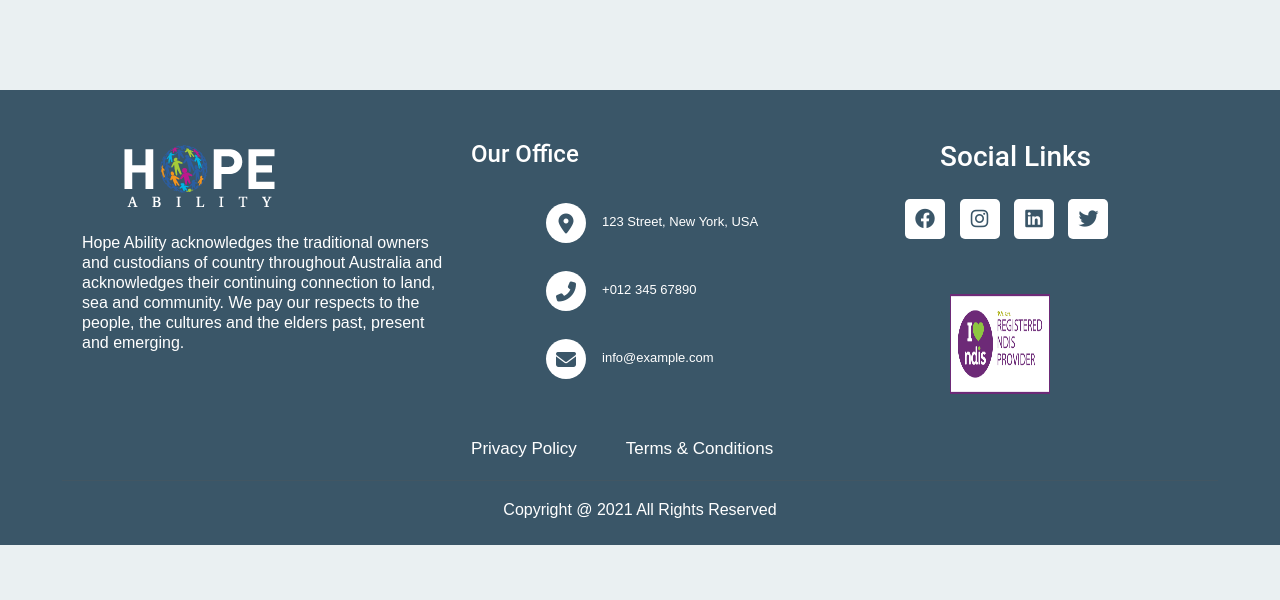
Repository: sandhya8109/hope
Page: footer1.html
The author's editor kept a copy of each file at every save. The page is drawn from the files as they stood at one save, then again after the next save.
The browser window is 1280 px wide. The pictures show the whole page.
Some web fonts or font styles are not loaded; a fallback is used.

Above is the page before, as saved 2023-05-27 02:03:01.

### footer1.html

    <!DOCTYPE html>
    <html lang="en">

    <head>
        <meta charset="UTF-8">
        <meta http-equiv="X-UA-Compatible" content="IE=edge">
        <meta name="viewport" content="width=device-width, initial-scale=1.0">
        <title>Footer</title>
        <link rel="stylesheet" href="https://cdnjs.cloudflare.com/ajax/libs/font-awesome/6.4.0/css/all.min.css"
            integrity="sha512-iecdLmaskl7CVkqkXNQ/ZH/XLlvWZOJyj7Yy7tcenmpD1ypASozpmT/E0iPtmFIB46ZmdtAc9eNBvH0H/ZpiBw=="
            crossorigin="anonymous" referrerpolicy="no-referrer" />
        <link href="http://fonts.googleapis.com/css?family=Cookie" rel="stylesheet" type="text/css">
        <link rel="stylesheet" href="./css/footer.css">
        <link href="./css/bootstrap.min.css" rel="stylesheet">
        <style>
            @media (max-width: 768px) {
                .footer-distributed {
                    flex-direction: column;
                    text-align: center;
                }

                .footer-left,
                .footer-center,
                .footer-right {
                    margin-bottom: 20px;
                }
            }
        </style>
    </head>

    <body>
        <footer class="footer-distributed">
        <div class="container-xxl">
            <div class="footer-left">
                <img src="./img/hopeability.png" class="img-footer">
                <p class="footer-company-about">
                    <span>Hope Ability acknowledges the traditional owners and custodians of country throughout Australia
                        and acknowledges their continuing connection to land, sea and community. We pay our respects to the
                        people, the cultures and the elders past, present and emerging.
                    </span>
                </p>
            </div>

            <div class="footer-center">
                <h4 class="text-white mb-4">Our Office</h4>
                <p class="mb-2"><i class="fa fa-map-marker-alt me-3"></i>123 Street, New York, USA</p>
                <p class="mb-2"><i class="fa fa-phone-alt me-3"></i>+012 345 67890</p>
                <p class="mb-2"><i class="fa fa-envelope me-3"></i>info@example.com</p>


                <div class="privacy">
                    <span><a href="./privacy.php">Privacy Policy</a></span>
                    &nbsp; &nbsp; &nbsp; &nbsp; &nbsp;
                    <span><a href="./terms.php">Terms & Conditions</a></span>
                </div>
            </div>

            <div class="footer-right">
                <h3>Social Links</h3>
                <div class="footer-icons">
                    <a href="https://www.facebook.com/hopeabilityofficial/"><i class="fa-brands fa-facebook"></i></a>
                    <a href="https://www.instagram.com/hope_ability/"><i class="fa-brands fa-instagram"></i></a>
                    <a href="https://www.linkedin.com/in/hope-ability/"><i class="fa-brands fa-linkedin"></i></a>
                    <a href="//twitter.com/Hopeabilityau"><i class="fa-brands fa-twitter"></i></a>
                    <img src=".admin/assets/img/NDIS-provider.jpg">
                </div>
            </div>

            <hr>
            <p class="footer-company-name">Copyright @ 2021 All Rights Reserved</p>
        </div>
        </footer>
    </body>

    </html>

### css/footer.css
@import url('http://fonts.googleapis.com/css?family=Open+Sans:400,700');

* {
    padding: 0;
    margin: 0;
}

body {
    font-family: 'Poppins', sans-serif;
}

html {
    background-color: #eaf0f2;
}

hr {
    color: #ffffff;
    width: 100%;
    margin-top: 20px;
}


/* The footer is fixed to the bottom of the page */

footer {
    position: fixed;
    bottom: 0;
}

@media (max-height:800px) {
    footer {
        position: static;
    }

    header {
        padding-top: 40px;
    }
}

.footer-distributed {
    background-color: #3A5668;
    box-sizing: border-box;
    width: 100%;
    text-align: left;
    font: bold 16px sans-serif;
    padding: 50px 50px 10px 50px;
    margin-top: 90px;
}

.footer-distributed .footer-left,
.footer-distributed .footer-center,
.footer-distributed .footer-right {
    display: inline-block;
    vertical-align: top;
}

/* Footer left */

.footer-distributed .footer-left {
    width: 35%;
}

.footer-distributed .footer-left .img-footer {
    padding-left: 60px;
}

.footer-distributed .footer-company-about {
    line-height: 20px;
    color: #92999f;
    font-size: 13px;
    font-weight: normal;
    margin: 0;
}

.footer-distributed .footer-company-about span {
    display: block;
    color: #ffffff;
    font-size: 16px;
    font-weight: 500;
    margin: 20px;
    text-align: left;
}

/* Footer links */

.footer-distributed .footer-links {
    color: #ffffff;
    margin: 20px 0 12px;
}

.footer-distributed .footer-links a {
    display: inline-block;
    line-height: 1.8;
    text-decoration: none;
    color: inherit;
}

.footer-distributed .footer-company-name {
    color: #ffff;
    font-size: 16px;
    font-weight: 500;
    display: flex;
    margin-top: 20px;
    justify-content: center;
}

/* Footer Center */

.footer-distributed .footer-center {
    width: 35%;
}

.footer-distributed .footer-center h3 {
    color: #ffffff;
    padding-left: 60px;
    margin-bottom: 13px;
}

.footer-distributed .footer-center i {
    background-color: #ffffff;
    color: #3A5668;
    font-size: 20px;
    width: 40px;
    height: 40px;
    border-radius: 50%;
    text-align: center;
    line-height: 42px;
    margin: 10px;
    vertical-align: middle;
}

.footer-distributed .footer-center span {
    color: #ffffff;
    font-size: 17px;
    font-weight: 500;
    text-align: left;
}

.footer-distributed .footer-center p {
    font-size: 13px;
    font-weight: lighter;
    color: #ffffff;
    vertical-align: middle;
    padding-left: 65px;
}

.footer-distributed .footer-center a {
    color: #ffffff;
    font-size: 17px;
    font-weight: 500;
    text-align: left;
}

.footer-distributed .footer-center .privacy {
    margin-top: 50px;
}



/* Footer Right */

.footer-distributed .footer-right {
    width: 25%;
}

.footer-distributed .footer-right h3 {
    color: #ffffff;
    padding-left: 60px;
}


.footer-distributed .footer-icons {
    margin: 20px;
}

.footer-distributed .footer-icons a {
    display: inline-block;
    width: 40px;
    height: 40px;
    cursor: pointer;
    background-color: #ffff;
    border-radius: 5px;
    font-size: 20px;
    color: #3A5668;
    text-align: center;
    line-height: 40px;
    margin: 5px;

}

.footer-distributed .footer-icons a:hover {
    background-color: #57c6e4;
    color: #ffffff;
}

.footer-links a:hover {
    color: black;
}

.footer-distributed .footer-right .footer-icons img {
    padding: 0px;
    margin: 50px;
    height: 100px;
    width: 100px;
}

@media (max-width: 880px) {

    .footer-distributed .footer-left,
    .footer-distributed .footer-center,
    .footer-distributed .footer-right {
        display: block;
        width: 100%;
        margin-bottom: 40px;
        text-align: center;

    }

    .footer-distributed .footer-center i {
        margin-left: 0;
    }

    .footer-distributed .footer-right h3 {

        padding-left: 0px;
    }

    .footer-distributed .footer-center h3 {

        padding-left: 0px;
    }

    .footer-distributed .footer-left .img-footer {
        padding-left: 50px;
    }

    .footer-distributed .footer-company-name {
        margin: 10px;
    }

    .footer-distributed .footer-center p {
        margin: 0 0 auto;
    }

    .footer-distributed .footer-right .img {
        padding: 0;
    }
}

Loaded but not shown: css/bootstrap.min.css (library)

After the next save:
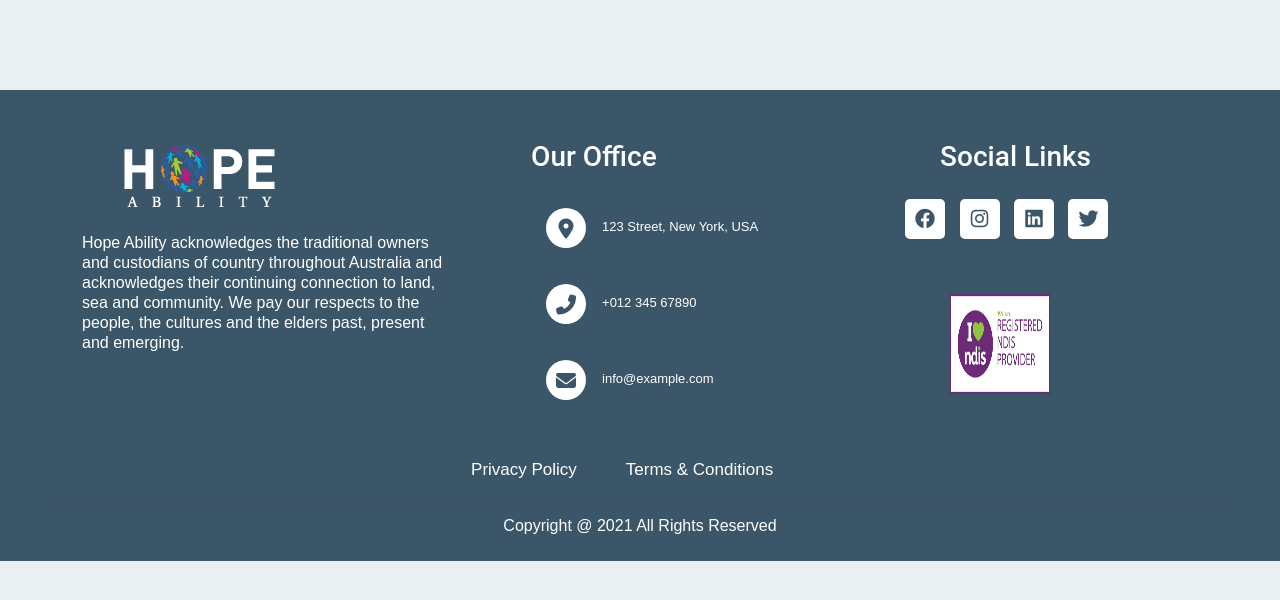
Saved 76 s later.
--- a/footer1.html
+++ b/footer1.html
@@ -43,10 +43,10 @@
             </div>
 
             <div class="footer-center">
-                <h4 class="text-white mb-4">Our Office</h4>
-                <p class="mb-2"><i class="fa fa-map-marker-alt me-3"></i>123 Street, New York, USA</p>
-                <p class="mb-2"><i class="fa fa-phone-alt me-3"></i>+012 345 67890</p>
-                <p class="mb-2"><i class="fa fa-envelope me-3"></i>info@example.com</p>
+                <h3 class="text-white mb-4">Our Office</h3>
+                <p ><i class="fa fa-map-marker-alt me-3"></i>123 Street, New York, USA</p>
+                <p ><i class="fa fa-phone-alt me-3"></i>+012 345 67890</p>
+                <p ><i class="fa fa-envelope me-3"></i>info@example.com</p>
 
 
                 <div class="privacy">
